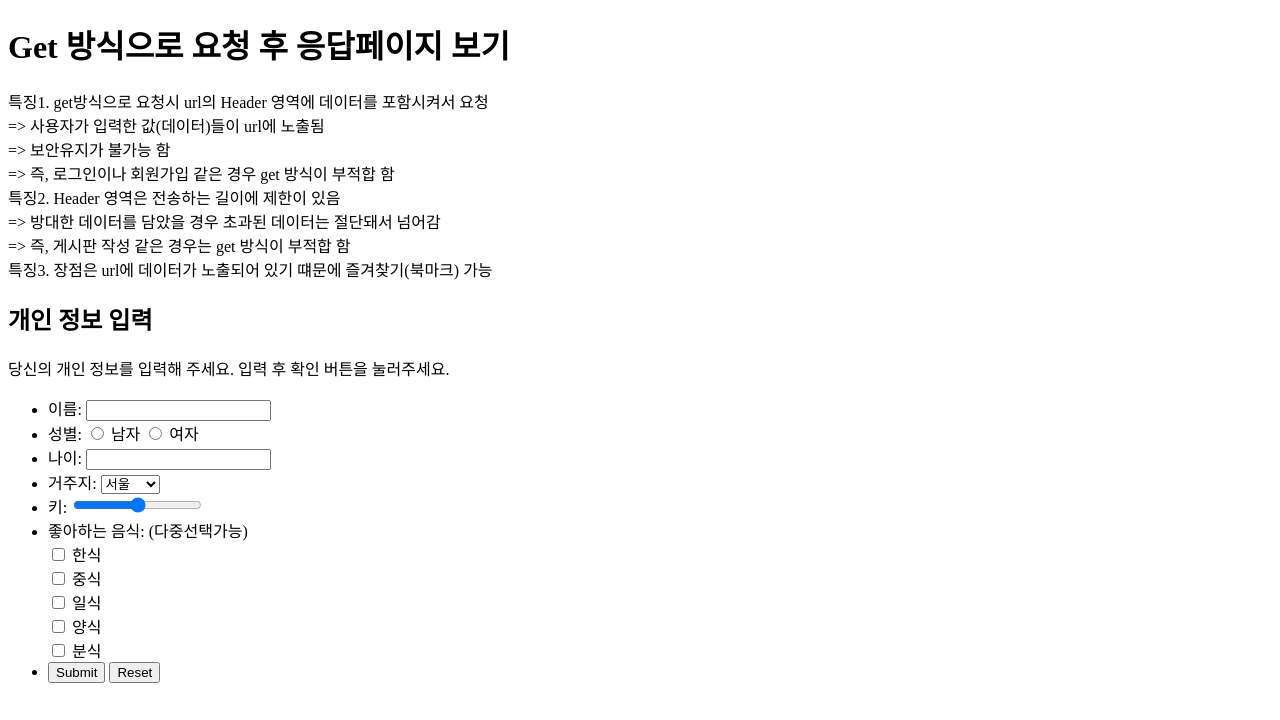
Repository: 1400CP/05_server-workspace1
Page: 1_Servlet/WebContent/views/requestTest_GET.html
The author's editor kept a copy of each file at every save. The page is drawn from the files as they stood at one save, then again after the next save.
The browser window is 1280 px wide. The pictures show the whole page.

Above is the page before, as saved 2025-02-14 02:10:44.

### 1_Servlet/WebContent/views/requestTest_GET.html
<!DOCTYPE html>
<html>
<head>
<meta charset="UTF-8">
<title>Insert title here</title>
<style>
	ul{
		list-style: 20px;
		list-style-position: ;

	}

</style>
</head>
<body>

	<h1>Get 방식으로 요청 후 응답페이지 보기</h1>
	<p>
		특징1. get방식으로 요청시 url의 Header 영역에 데이터를 포함시켜서 요청 <br>
			=> 사용자가 입력한 값(데이터)들이 url에 노출됨 <br>
			=> 보안유지가 불가능 함 <br>
			=> 즉, 로그인이나 회원가입 같은 경우 get 방식이 부적합 함 <br>

		특징2. Header 영역은 전송하는 길이에 제한이 있음 <br>
			=> 방대한 데이터를 담았을 경우 초과된 데이터는 절단돼서 넘어감 <br>
			=> 즉, 게시판 작성 같은 경우는 get 방식이 부적합 함 <br>

		특징3. 장점은 url에 데이터가 노출되어 있기 떄문에 즐겨찾기(북마크) 가능
	</p>


	<h2>개인 정보 입력</h2>
	<p>당신의 개인 정보를 입력해 주세요. 입력 후 확인 버튼을 눌러주세요.</p>


	<!-- method는 GET 또는 POST가 있다. -->
	<!-- get 방식으로 하면 정보가 다 보인다. -->
	<form action="test.do" method="GET">
		<!-- ul>li*7 -->
		<ul>
			<li>
				이름: <input type="text" name="name">
			</li>
			<li>
				<!-- 라디오는 밸류값을 써줘야 DB에서 확인 가능 -->
				성별:
				<input type="radio" name="gender" value="M"> 남자
				<input type="radio" name="gender" value="F"> 여자
			</li>
			<li>
				나이: <input type="number" name="age">
			</li>
			<li>
				거주지:
				<select name="city">
					<option value="">서울</option>
					<option value="">경기도</option>
					<option value="">강원도</option>
					<option value="">충청도</option>
					<option value="">경상도</option>
					<option value="">전라도</option>
				</select>
			</li>
			<li>
				키: <input type="range" name="height" min="140" max="200">
			</li>
			<li>
				좋아하는 음식: (다중선택가능)  <br>
				<input type="checkbox" name="food" value="한식"> 한식 <br>
				<input type="checkbox" name="food" value="중식"> 중식 <br>
				<input type="checkbox" name="food" value="일식"> 일식 <br>
				<input type="checkbox" name="food" value="양식"> 양식 <br>
				<input type="checkbox" name="food" value="분식"> 분식 <br>
			</li>
			<li>
				<input type="submit">
				<input type="reset">
			</li>
		</ul>
	</form>


</body>
</html>

After the next save:
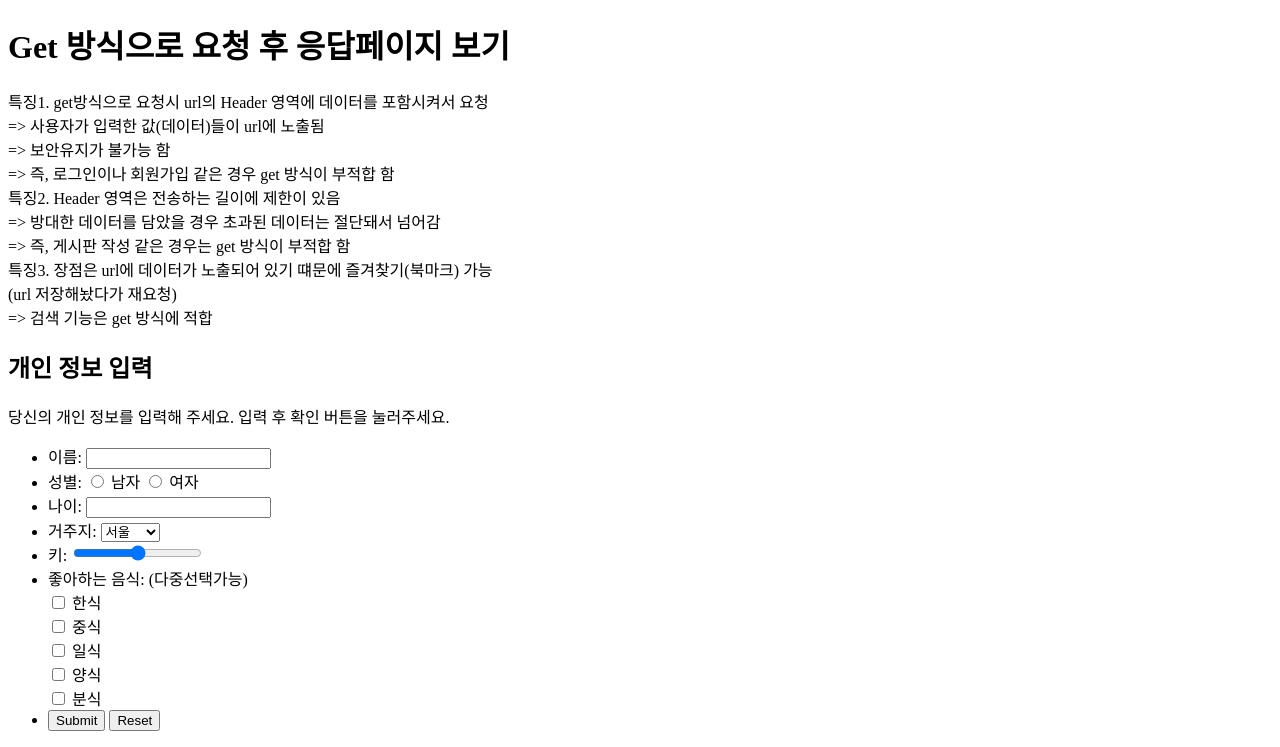
Saved 2 min 45 s later.
--- a/1_Servlet/WebContent/views/requestTest_GET.html
+++ b/1_Servlet/WebContent/views/requestTest_GET.html
@@ -25,7 +25,9 @@
 			=> 방대한 데이터를 담았을 경우 초과된 데이터는 절단돼서 넘어감 <br>
 			=> 즉, 게시판 작성 같은 경우는 get 방식이 부적합 함 <br>
 
-		특징3. 장점은 url에 데이터가 노출되어 있기 떄문에 즐겨찾기(북마크) 가능
+		특징3. 장점은 url에 데이터가 노출되어 있기 떄문에 즐겨찾기(북마크) 가능 <br>
+			(url 저장해놨다가 재요청)<br>
+			=> 검색 기능은 get 방식에 적합
 	</p>
 
 
